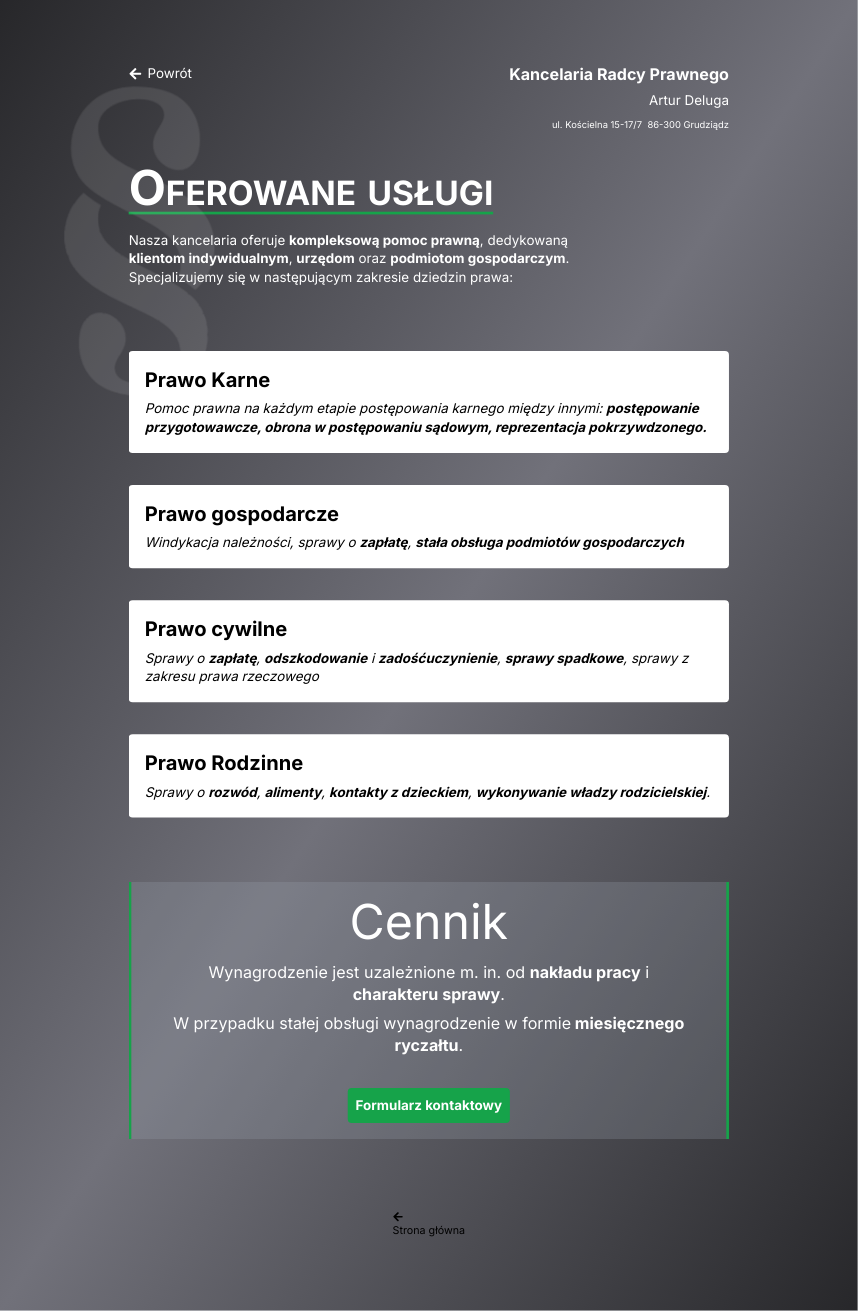
Repository: wesiudev/kancelaria-artur-deluga
Page: /oferta
The author's editor kept a copy of each file at every save. The page is drawn from the files as they stood at one save, then again after the next save.
The browser window is 1280 px wide. The pictures show the whole page, at 67% of full size.
The project was rebuilt for these pictures with package versions that can differ from the ones it lists, and the page was loaded fresh each time. The framework's server and built-in components were replaced by stand-ins that run in the browser. Also part of the build but not shown: next.config.js.

Above is the page before, as saved 2023-08-09 17:26:42.

### app/layout.tsx
import "./globals.css";
import type { Metadata } from "next";
import { Inter } from "next/font/google";

const inter = Inter({ subsets: ["latin"] });

export const metadata: Metadata = {
  title: "Kancelaria Radcy Prawnego Artur Deluga",
  description:
    "Kancelaria Radcy Prawnego Grudziądz Prawo Karne, Pracwo cywilne, Prawo gospodarcze, Prawo Rodzinne. ul. Kościelna 15-17/7 86-300 Grudziądz. Pomoc prawna na każdym etapie postępowania karnego (postępowanie przygotowawcze, obrona w postępowaniu sądowym, reprezentacja pokrzywdzonego, etc.)",
  viewport: "width=device-width, initial-scale=1",
  icons: {
    icon: "/favicon.png",
  },
};

export default function RootLayout({
  children,
}: {
  children: React.ReactNode;
}) {
  return (
    <html lang="pl" className="scroll-smooth ">
      <body className={inter.className}>{children}</body>
    </html>
  );
}

### app/oferta/page.tsx
"use client";
import Image from "next/image";
import paragraphImage from "@/app/assets/paragraph.png";
import Link from "next/link";
import { FaArrowLeft } from "react-icons/fa";
import { useState } from "react";
const sendContactForm = async (data: any) =>
  fetch("/api/mail", {
    method: "POST",
    body: JSON.stringify(data),
    headers: { "Content-Type": "application/json", Accept: "application/json" },
  }).then((res) => {
    if (!res.ok) throw new Error("Failed to send message");
    return res.json();
  });

export default function OfferMobile() {
  const [isContactOpen, setContactOpen] = useState(false);
  const [firstName, setFirstName] = useState<string>("");
  const [email, setEmail] = useState<string>("");
  const [message, setMessage] = useState<string>("");

  const onSubmit = async () => {
    try {
      await sendContactForm({
        firstName: firstName,
        email: email,
        message: message,
      });
    } catch (error) {}
  };
  return (
    <div className="w-full mx-auto z-[2000] bg-gradient-to-br from-zinc-800 via-zinc-500 to-zinc-800 overflow-x-hidden text-black">
      <Image
        src={paragraphImage}
        alt="Paragraf obrazek w tle"
        width={224}
        height={224}
        className="fixed opacity-10 left-[50%] -translate-x-[50%] lg:-translate-x-0 lg:left-24 top-[50%] -translate-y-[50%]"
      />
      <div className="flex flex-col space-x-[100px] min-h-screen items-center py-24">
        <div className="flex flex-col w-[85vw] lg:w-[70vw] 2xl:w-[60vw] min-h-screen justify-center ">
          <div className="flex flex-col justify-between w-full">
            <div className="flex flex-row justify-between">
              <div className="w-1/2">
                <Link
                  className="group flex flex-row items-center mb-12 text-xl w-max text-white"
                  href="/"
                >
                  <FaArrowLeft className="mr-2 " />
                  <span className="hover:underline hover:underline-offset-4">
                    {" "}
                    Powrót
                  </span>
                </Link>
              </div>
              <div className="text-white">
                <h1 className="text-xl lg:text-2xl text-right sm:text-left font-bold">
                  Kancelaria Radcy Prawnego
                </h1>
                <div className="w-full flex justify-end">
                  <h2 className="text-xl mb-12 lg:mb-0 mt-2">Artur Deluga</h2>
                </div>
                <div
                  className={` flex-row space-x-2 text-sm justify-end mt-3 mb-12 hidden lg:flex`}
                >
                  <div>ul. Kościelna 15-17/7</div>
                  <div>86-300 Grudziądz</div>
                </div>
              </div>
            </div>

            <div className=" rounded-2xl  text-white">
              <div className="w-max">
                <h1 className="w-max text-4xl md:text-5xl lg:text-7xl text-white caps font-bold">
                  Oferowane usługi
                </h1>
                <div className="h-1 w-full mb-6 bg-green-600" />
              </div>

              <h2 className="text-left text-xl w-full lg:w-3/4 ">
                Nasza kancelaria oferuje{" "}
                <span className="font-bold"> kompleksową pomoc prawną</span>,
                dedykowaną{" "}
                <span className="font-bold">klientom indywidualnym</span>,{" "}
                <span className="font-bold">urzędom</span> oraz{" "}
                <span className="font-bold">podmiotom gospodarczym</span>.
                Specjalizujemy się w następującym zakresie dziedzin prawa:
              </h2>
            </div>
          </div>
          <div className="relative text-black flex flex-col space-y-12 mt-24">
            <div className="max-h-[50vh] border-0 hover:scale-105 duration-300 hover:bg-opacity-100 cursor-default  rounded-md bg-white  flex flex-col p-6 justify-between">
              <h1 className="text-xl lg:text-3xl font-bold">Prawo Karne</h1>
              <p className="text-sm sm:text-xl mt-3 italic">
                Pomoc prawna na każdym etapie postępowania karnego między
                innymi:{" "}
                <span className="font-bold">
                  postępowanie przygotowawcze, obrona w postępowaniu sądowym,
                  reprezentacja pokrzywdzonego.
                </span>
              </p>
            </div>
            <div className="max-h-[50vh] border-0 hover:scale-105 duration-300 hover:bg-opacity-100 cursor-default  rounded-md bg-white  flex flex-col justify-between p-6">
              <h1 className="text-xl lg:text-3xl font-bold">
                Prawo gospodarcze
              </h1>
              <p className="text-sm sm:text-xl mt-3 italic">
                Windykacja należności, sprawy o{" "}
                <span className="font-bold">zapłatę</span>,{" "}
                <span className="font-bold">
                  stała obsługa podmiotów gospodarczych
                </span>
              </p>
            </div>

            <div className="max-h-[50vh] border-0 hover:scale-105 duration-300 hover:bg-opacity-100 cursor-default rounded-md bg-white  flex flex-col p-6 justify-between">
              <h1 className="text-xl lg:text-3xl font-bold">Prawo cywilne</h1>
              <p className="text-sm sm:text-xl mt-3 italic">
                Sprawy o <span className="font-bold">zapłatę</span>,{" "}
                <span className="font-bold">odszkodowanie</span> i{" "}
                <span className="font-bold">zadośćuczynienie</span>,{" "}
                <span className="font-bold">sprawy spadkowe</span>, sprawy z
                zakresu prawa rzeczowego
              </p>
            </div>
            <div className="max-h-[50vh] border-0 hover:scale-105 duration-300 hover:bg-opacity-100 cursor-default rounded-md  bg-white  flex flex-col p-6 justify-between">
              <h1 className="text-xl lg:text-3xl font-bold">Prawo Rodzinne</h1>
              <p className="text-sm sm:text-xl mt-3 italic">
                Sprawy o <span className="font-bold">rozwód</span>,{" "}
                <span className="font-bold">alimenty</span>,{" "}
                <span className="font-bold">kontakty z dzieckiem</span>,{" "}
                <span className="font-bold">
                  wykonywanie władzy rodzicielskiej
                </span>
                .
              </p>
            </div>
          </div>
          <div className="text-white flex flex-col h-max my-auto px-3 lg:px-12  text-center relative w-full mt-12  lg:mx-auto lg:mt-24 border-l-4 border-r-4 border-green-600 py-3 lg:py-6 bg-gray-400 bg-opacity-25">
            <h1 className="text-5xl lg:text-7xl ">Cennik</h1>
            <p className="mt-6 text-base lg:text-2xl">
              Wynagrodzenie jest uzależnione m. in. od{" "}
              <span className="font-bold"> nakładu pracy</span> i{" "}
              <span className="font-bold">charakteru sprawy</span>.
            </p>
            <p className="mt-3 text-sm lg:text-2xl">
              W przypadku stałej obsługi wynagrodzenie w formie
              <span className="font-bold"> miesięcznego ryczałtu</span>.
            </p>
            <button
              onClick={() => setContactOpen(true)}
              className=" p-3 bg-green-600 hover:bg-green-500 duration-300 mt-12 w-max mx-auto  text-xl text-white font-bold rounded-md"
            >
              Formularz kontaktowy
            </button>
          </div>
          <div
            className={`bg-gray-400 rounded-full flex-row space-x-2 text-sm justify-center mt-24 flex lg:hidden z-[1000]`}
          >
            <div>ul. Kościelna 15-17/7</div>
            <div>86-300 Grudziądz</div>
          </div>
          <Link
            href="/"
            className="mx-auto w-max mt-24 hover:bg-gray-400 rounded-md p-3"
          >
            <FaArrowLeft className="mr-2 " />
            <span className="hover:underline hover:underline-offset-4">
              {" "}
              Strona główna
            </span>
          </Link>
        </div>
      </div>
      <div
        className={`w-[80vw] fixed left-[50%] -translate-x-[50%] top-[50%] -translate-y-[50%] bg-gradient-to-bl from-black to-zinc-800 lg:w-max h-max px-12 rounded-3xl py-6 duration-300 ${
          isContactOpen ? "z-[2000] opacity-100" : "z-[-1000] opacity-0"
        }`}
      >
        <h1 className="text-3xl text-center">Kontakt</h1>

        <div className="flex flex-col space-y-3 mt-6 lg:mt-12">
          <div className="flex flex-col lg:flex-row lg:space-x-3">
            <div className="flex flex-col">
              Imię{" "}
              <input
                onChange={(e) => setFirstName(e.target.value)}
                value={firstName}
                id="fName"
                type="text"
                className="mt-2 text-black"
              />
            </div>
            <div className="flex flex-col mt-3 lg:mt-0">
              Email{" "}
              <input
                onChange={(e) => setEmail(e.target.value)}
                value={email}
                type="text"
                className="mt-2 text-black"
              />
            </div>
          </div>
          <div className="flex flex-col mt-2">
            Treść{" "}
            <textarea
              onChange={(e) => setMessage(e.target.value)}
              value={message}
              className="h-full resize-none text-black"
            ></textarea>
          </div>
        </div>
        <div className="w-full flex space-x-3">
          <button
            onClick={() => setContactOpen(false)}
            className="w-1/2 hover:underline py-2 mt-8"
          >
            Powrót
          </button>
          <button
            onClick={onSubmit}
            className="w-1/2 bg-purple-400 hover:bg-purple-300 duration-300 py-2 mt-8"
          >
            Wyślij
          </button>
        </div>
      </div>
    </div>
  );
}

### app/globals.css
@tailwind base;
@tailwind components;
@tailwind utilities;

:root {
  --foreground-rgb: 0, 0, 0;
  --background-start-rgb: 214, 219, 220;
  --background-end-rgb: 255, 255, 255;
}

@media (prefers-color-scheme: dark) {
  :root {
    --foreground-rgb: 255, 255, 255;
    --background-start-rgb: 0, 0, 0;
    --background-end-rgb: 0, 0, 0;
  }
}

body {
  color: rgb(var(--foreground-rgb));
  background: linear-gradient(
      to bottom,
      transparent,
      rgb(var(--background-end-rgb))
    )
    rgb(var(--background-start-rgb));
}

.expand {
  position: relative;
  text-decoration: none;
  display: inline-block;
}
.expand:after {
  display: block;
  content: "";
  border-bottom: solid 3px white;
  transform: scaleX(0);
  transition: transform 250ms ease-in-out;
  transform-origin: 100% 50%;
}
.expand:hover:after {
  transform: scaleX(1);
  transform-origin: 0 50%;
}

.caps {
  font-variant: small-caps;
}
html {
  scroll-behavior: smooth;
  color: #1a1a1a;
}

Loaded but not shown: tailwind.config.js (common file)

After the next save:
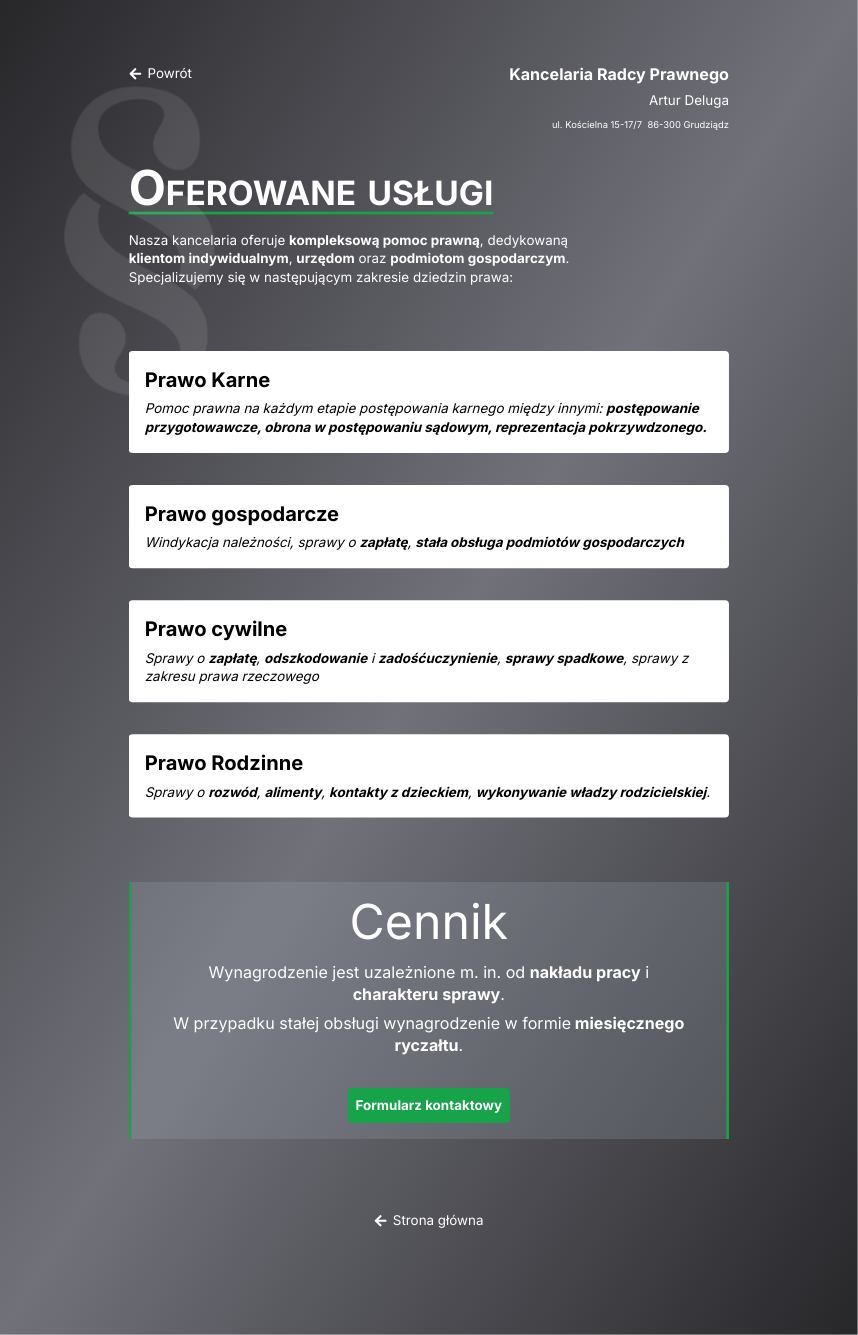
Saved 24 s later.
--- a/app/oferta/page.tsx
+++ b/app/oferta/page.tsx
@@ -163,7 +163,7 @@ export default function OfferMobile() {
           </div>
           <Link
             href="/"
-            className="mx-auto w-max mt-24 hover:bg-gray-400 rounded-md p-3"
+            className="group flex flex-row items-center mb-12 text-xl w-max text-white mx-auto  mt-24 hover:bg-gray-400 rounded-md p-3"
           >
             <FaArrowLeft className="mr-2 " />
             <span className="hover:underline hover:underline-offset-4">
